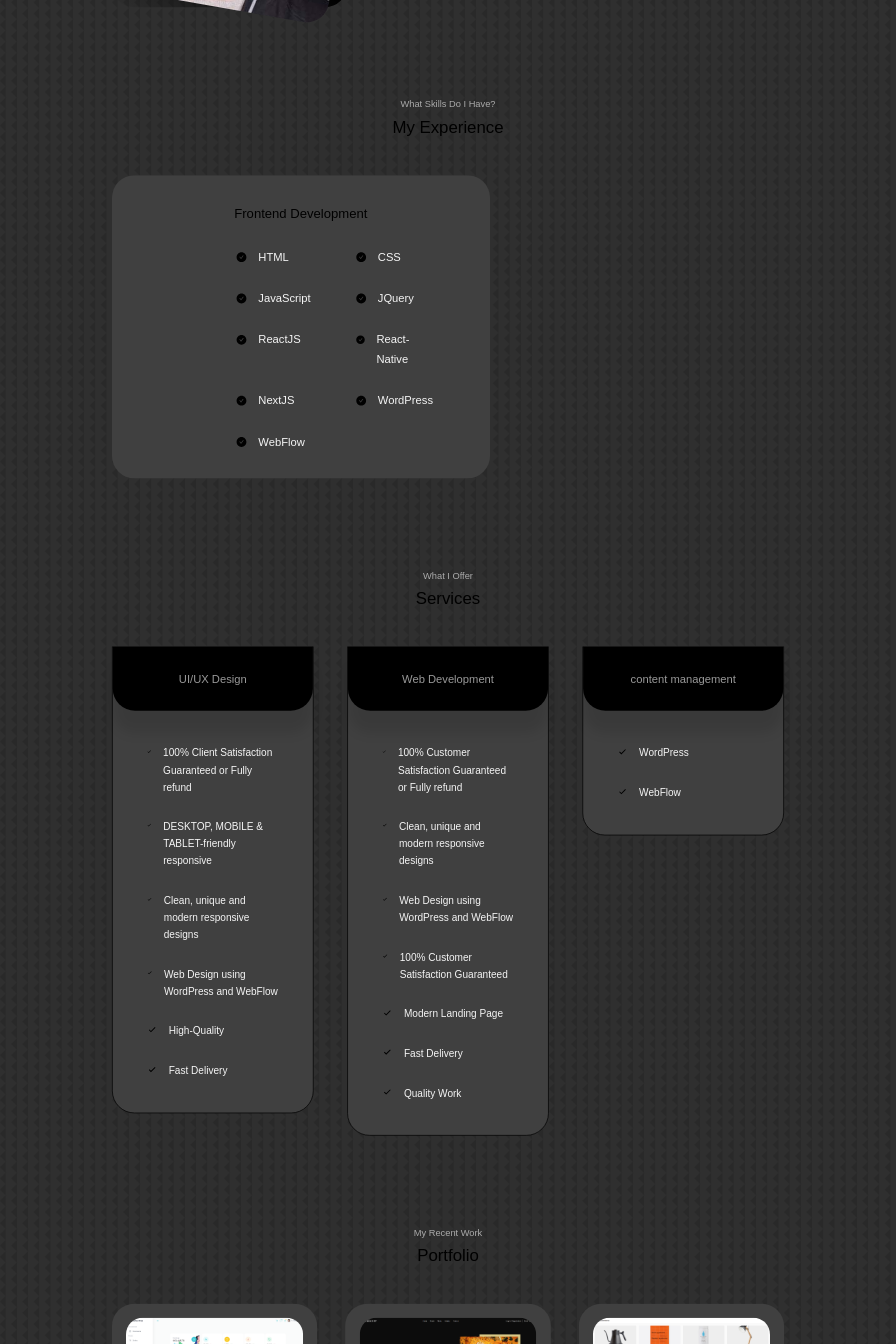
Repository: Z-Bahaa/project_joker_react_portfolio
Page: /
These files come from the project's save history. The page is drawn as it stood at one moment and after the next save; the edit follows.
The browser window is 1280 px wide. The pictures show the part of the page from y = 1429 to 3349 px (the page is 5277 px tall before and 5217 px after), at 70% of full size.
Some web fonts or font styles are not loaded; a fallback is used. The project was rebuilt for these pictures with package versions that can differ from the ones it lists, and the page was loaded fresh each time. Imported but missing from the stored project, and not drawn on this page: src/assets/resume.pdf.

Above is the page before, as saved 2023-08-20 23:12:17.

### public/index.html
<!DOCTYPE html>
<html lang="en">

<head>
  <meta charset="UTF-8">
  <meta name="viewport" content="width=device-width, initial-scale=1.0">
  <title>Zeyad Bahaa</title>
  <link rel="shortcut icon" href="/Logo.png" />
</head>

<body>
  <div id="root"></div>
</body>

</html>

### src/App.jsx
import Header from './components/header/Header'
import Nav from './components/nav/Nav'
import About from './components/about/About'
import Experience from './components/experience/Experience'
import Services from './components/services/Services'
import Portfolio from './components/portfolio/Portfolio'
// import Testimonials from './components/testimonials/Testimonials'
import Contact from './components/contact/Contact'
import Footer from './components/footer/Footer'


const App = () => {
  return (
    <>
      <Header />
      <Nav />
      <About />
      <Experience />
      <Services />
      <Portfolio />
{/*       <Testimonials /> */}
      <Contact />
      <Footer />

    </>
  )
}

export default App

### src/components/header/Header.jsx
import './header.css';
import CTA from './CTA'
import ME from '../../assets/me-3.png'
import HeaderSocials from './HeaderSocials'

const Header = () => {
  return (
    <div className='header container' id='home'>
      <div className='header__container'>
        <h5>Hello, I'm</h5>
        <h1>Zeyad Bahaa</h1>
        <h5 className="text-light">Software & web development Enthusiast</h5>
        <CTA />
        <HeaderSocials />

        <div className="me">
          <img src={ME} alt="" />
        </div>

        <a href='#contact' className="scroll__down">Scroll Down</a>
      </div>
    </div>
  )
}

export default Header

### src/components/nav/Nav.jsx
import './nav.css'
import { AiOutlineHome, AiOutlineUser, AiOutlineMessage } from 'react-icons/ai'
import { BiBookAlt } from 'react-icons/bi'
import { BsBagDash } from 'react-icons/bs'
import { useState} from 'react'

const Nav = () => {
  const [activeNav, setActiveNAv] = useState('#')
  return (
    <div className="nav">
      <a href="#home" className={activeNav === '#' ? 'active' : ''} onClick={() => setActiveNAv('#')}><AiOutlineHome /></a>
      <a href="#about" className={activeNav === '#about' ? 'active' : ''} onClick={() => setActiveNAv('#about')}><AiOutlineUser /></a>
      <a href="#experience" className={activeNav === '#experience' ? 'active' : ''} onClick={() => setActiveNAv('#experience')}><BiBookAlt /></a>
      <a href="#services" className={activeNav === '#services' ? 'active' : ''} onClick={() => setActiveNAv('#services')}><BsBagDash /></a>
      <a href="#contact" className={activeNav === '#contact' ? 'active' : ''} onClick={() => setActiveNAv('#contact')}><AiOutlineMessage /></a>
    </div>
  )
}

export default Nav

### src/components/about/About.jsx
import './about.css'
import ME from '../../assets/me-3.png'
/* import { FiAward, FiUsers } from 'react-icons/fi'
import { AiFillFolderOpen } from 'react-icons/ai' */
const About = () => {
  return (
    <div className="section" id="about">
      <h5>Get To Know</h5>
      <h2>About Me</h2>

      <div className="container about__container">
        <div className="about__me">
          <div className="about__me-image">
            <img src={ME} alt="About" />
          </div>
        </div>

        <div className="about__content">
          {/* <div className="about__cards">

            <div className="about__card">
              <FiAward className="about__icon" />
              <h5>Experience</h5>
              <small>3+ Years Working</small>
            </div>

            <div className="about__card">
              <FiUsers className="about__icon" />
              <h5>Clients</h5>
              <small>200+ Worldwide</small>
            </div>

            <div className="about__card">
              <AiFillFolderOpen className="about__icon" />
              <h5>Projects</h5>
              <small>80+ Completed Projects</small>
            </div>

          </div> */}

          <p>
          Confident young professional with a passion for learning and development. eager to leverage education and training in the software development space to support the growth and success of a High performing organization. Strong track record of settling effective goals and leading teams to achieve those goals. committed to continuous improvement and driving team success.
          </p>

          <a href="#contact" className="btn btn-primary">Let's Talk</a>
        </div>
      </div>
    </div>
  )
}

export default About

### src/components/experience/Experience.jsx
import './experience.css'
import { backendExperiences, frontendExperiences } from '../../data/experiences'
import { AiFillCheckCircle } from 'react-icons/ai'

const Experience = () => {
  return (
    <div className="section" id="experience">
      <h5>What Skills Do I Have?</h5>
      <h2>My Experience</h2>
      <div className="container experience__container">
        <div className="experience__frontend">
        <h3>Frontend Development</h3>
          <div className="experience__content">
            {
              frontendExperiences.map(({name, experience}) => (
                <div className="experience__details">

                <AiFillCheckCircle className="experience__details-icon"/>
                <div>
                  <h4>{name}</h4>
                  <small>{experience}</small>
                </div>
            </div>
              ))
            }
          </div>
        </div>

      </div>
    </div>
  )
}

export default Experience

### src/components/services/Services.jsx
import './services.css'
import { BiCheck } from 'react-icons/bi'
import services from '../../data/services'

const Services = () => {
  return (
    <div className="section" id="services">
      <h5>What I Offer</h5>
      <h2>Services</h2>

      <div className="container services__container">
      {
        services.map(({name, subheadings}) => (
          <div className="service">
            <div className="service__head">
              <h3>{name}</h3>
            </div>
            <ul className="service__list">
              {subheadings.map((sub) => (
                <li>
                  <BiCheck className="service__icon" />
                  <p>{sub}</p>
                </li>
              ))}

            </ul>
      </div>
      ))
      }


      </div>
    </div>
  )
}

export default Services

### src/components/portfolio/Portfolio.jsx
import './portfolio.css'
import projects from '../../data/projects'



const Portfolio = () => {
  return (
    <div className="section">
      <h5>My Recent Work</h5>
      <h2>Portfolio</h2>

      <div className="container portfolio__container">
        {
          projects.map(item => (
            <div  key={item.id} className="portfolio__item">
              <img src={item.img} className="portfolio__item-image" alt=""/>
              <h3>{item.title || 'This is a portfolio item title'}</h3>
              <div className="portfolio__item-cta">
                <a className="btn" href={item.github} target='_blank' rel="noreferrer">Github</a>
                <a className="btn btn-primary" href={item.demo} target='_blank' rel="noreferrer">Live Demo</a>
              </div>
            </div>
          ))
        }
      </div>
    </div>
  )
}

export default Portfolio

### src/components/contact/Contact.jsx
import './contact.css'
import { AiOutlineMail, AiOutlineWhatsApp } from 'react-icons/ai'
import { RiMessengerLine } from 'react-icons/ri'


const Contact = () => {

  return (
    <div className="section" id="contact">
      <h5>Get In Touch</h5>
      <h2>Contact Me</h2>

      <div className="container contact__container">
        <div className="contact__options">

          <div className="contact__option">
            <AiOutlineMail className='contact__option-icon'/>
            <h4>Email</h4>
            <h5>zizobahaapersonal@gmail.com</h5>
            <a href="mailto:zizobahaapersonal@gmail.com">Send a message</a>
          </div>

          <div className="contact__option">
            <RiMessengerLine className='contact__option-icon'/>
            <h4>Messenger</h4>
            <h5>Zizo Bahaa</h5>
            <a href="https://m.me/100071918118359">Send a message</a>
          </div>
          <div className="contact__option">
            <AiOutlineWhatsApp className='contact__option-icon' />
            <h4>WhatsApp</h4>
            <h5>+201020730202</h5>
            <a href="https://api.whatsapp.com/send?phone=201020730202" >Send a message</a>
          </div>

        </div>

{        <form
          // ref={form}
          // onSubmit={sendEmail}
          >
          <input type="text" name="name" placeholder="Your Full Name" required/>
          <input type="email" name="email" placeholder="Your Email" required/>
          <textarea name="message" placeholder="Your Message" rows="7" required/>
          <button type="submit" className="btn btn-primary">send Message</button>
        </form>}
      </div>
    </div>
  )
}

export default Contact

### src/components/header/header.css
.header {
  height: 120vh;
  padding-top: 7rem;
  /* overflow: hidden; */
}

.header__container {
  text-align: center;
  height: 100%;
  position: relative;
}

.cta {
  margin-top: 2.5rem;
  display: flex;
  gap: 1.2rem;
  justify-content: center;
}

.header__socials {
  display: flex;
  flex-direction: column;
  position: absolute;
  left: 0;
  bottom: 2rem;
  gap: 1rem;
}

.header__socials::after {
  content: "";
  width: 1px;
  height: 2rem;
  background: var(--color-primary);
  align-self: center;
}

.me {
  background: linear-gradient(var(--color-primary), transparent);
  width: 22rem;
  max-height: 30rem;
  position: absolute;
  left: calc(50% - 11rem);
  margin-top: 4rem;
  border-radius: 12rem 12rem 0 0;
  -webkit-border-radius: 12rem 12rem 0 0;
  -moz-border-radius: 12rem 12rem 0 0;
  -ms-border-radius: 12rem 12rem 0 0;
  -o-border-radius: 12rem 12rem 0 0;
  overflow: hidden;
  /* padding: 5rem 1.5rem 1.5rem 1.5rem; */
}
/* .me img {
  min-height: 40rem;
} */

.scroll__down {
  position: absolute;
  right: 0rem;
  bottom: 5rem;
  transform: rotate(90deg);
  -webkit-transform: rotate(90deg);
  -moz-transform: rotate(90deg);
  -ms-transform: rotate(90deg);
  -o-transform: rotate(90deg);
  font-weight: 300;
  font-size: 0.9rem
}

@media screen and (max-width: 1024px) {
  .header {
    height: 70vh;
  }
}

@media screen and (max-width: 600px) {
  .header {
    height: 100vh;
  }


}

### src/components/header/CTA.jsx
import CV from '../../assets/resume.pdf'

import React from 'react'

const CTA = () => {
  return (
    <div className="cta">
      <a href={CV} className='btn'>Download CV</a>
      <a href="#contact" className="btn btn-primary">Let's Talk</a>
    </div>
  )
}

export default CTA

### src/components/header/HeaderSocials.jsx
import { AiOutlineLinkedin, AiOutlineFacebook,} from 'react-icons/ai'
import {FiGithub} from 'react-icons/fi'



const HeaderSocials = () => {
  return (
    <div className="header__socials">
      <a href='https://www.linkedin.com/in/zizo-bahaa' target='_blank'  rel="noreferrer"><AiOutlineLinkedin /></a>
      <a href='https://github.com/Z-Bahaa' target='_blank'  rel="noreferrer"><FiGithub /></a>
      <a href='https://www.facebook.com/profile.php?id=100071918118359' target='_blank'  rel="noreferrer"><AiOutlineFacebook /></a>
    </div>
  )
}

export default HeaderSocials

### src/components/nav/nav.css
.nav {
  background: rgba(0, 0, 0, 0.3);
  width: max-content;
  display: block;
  padding: 0.7em 1.7em;
  z-index: 2;
  position: fixed;
  left: 50%;
  transform: translateX(-50%);
  -webkit-transform: translateX(-50%);
  -moz-transform: translateX(-50%);
  -ms-transform: translateX(-50%);
  -o-transform: translateX(-50%);
  bottom: 2rem;
  display: flex;
  gap: 0.8rem;
  border-radius: 3rem;
  -webkit-border-radius: 3rem;
  -moz-border-radius: 3rem;
  -ms-border-radius: 3rem;
  -o-border-radius: 3rem;
  backdrop-filter: blur(15px);
}

.nav a {
  background: transparent;
  padding: 0.8rem;
  border-radius: 50%;
  -webkit-border-radius: 50%;
  -moz-border-radius: 50%;
  -ms-border-radius: 50%;
  -o-border-radius: 50%;
  display: flex;
  color: var(--color-light);
  font-size: 1.1rem;
}

.nav a:hover {
  background: rgba(0, 0, 0, 0.3);
}

.nav a.active {
  background: var(--color-primary);
  color: var(--color-bg)
}

### src/components/experience/experience.css
.experience__container {
  display: grid;
  grid-template-columns: 1fr 1fr;
  gap: 2rem;
}

.experience__container > div {
  background: var(--color-bg-variant);
  padding: 2.4rem 5rem;
  border-radius: 2rem;
  -webkit-border-radius: 2rem;
  -moz-border-radius: 2rem;
  -ms-border-radius: 2rem;
  -o-border-radius: 2rem;
  border: 1px solid transparent;
  transition: var(--transition);
  -webkit-transition: var(--transition);
  -moz-transition: var(--transition);
  -ms-transition: var(--transition);
  -o-transition: var(--transition);
}

.experience__container > div:hover {
  background: transparent;
  border-color: var(--color-primary-variant);
  cursor: default;
}

.experience__container > div h3 {
  text-align: center;
  margin-bottom: 2rem;
  color: var(--color-primary);
}

.experience__content{
  display: grid;
  padding-left: 6rem;
  grid-template-columns: 1fr 1fr;
  gap: 4rem;
  row-gap: 2rem;
}

.experience__details {
  display: flex;
  gap: 1rem;
}

.experience__details-icon {
  margin-top: 6px;
  color: var(--color-primary);
}
/* .experience__frontend, .experience__backend {
  display: flex;
  justify-content: center;
} */

@media screen and (max-width: 1024px) {
  .experience__container {
    grid-template-columns: 1fr;
    gap: 2rem;
  }

  .experience__container > div {
    width: 80%;
    padding: 2rem;
    margin: 0 auto;
  }

  .experience__content{
    padding: 1rem;
  }
}

@media screen and (max-width: 600px) {
  .experience__container {
    gap: 1rem;
  }

  .experience__container > div {
    width: 100%;
    padding: 2rem 1rem;
    margin: 0 auto;
  }
}

### src/data/experiences.js
 const experiences = [
  {
    title: 'UI/UX Design & content management',
    list: [
      {
        name: 'Figma',
        experience: '2 years',
        level: 'intermediate',
      },
      {
        name: 'Figma AI Blugins',
        experience: '1 years',
        level: 'intermediate',
      },
      {
        name: 'Bubble.io',
        experience: '1 years',
        level: 'beginner',
      },
      {
        name: 'WordPress',
        experience: '1 years',
        level: 'beginner',
      },
      {
        name: 'WebFlow',
        experience: '1 years',
        level: 'beginner',
      },
    ],
  },
  {
    title: 'Frontend Development',
    list: [
     {
       name: '',
       experience: '',
       level: '',
     }
    ],
  },
  {
    title: '',
    list: [
     {
       name: '',
       experience: '',
       level: '',
     }
    ],
  }
 ];

 const backendExperiences = [
   {
     "name": "NodeJS",
     "experience": "",
     "level": ""
   },
   {
     "name": "ExpressJS",
     "experience": "",
     "level": ""
   },
   {
     "name": "AJAX",
     "experience": "",
     "level": ""
   },
   {
     "name": "MorganJS",
     "experience": "",
     "level": ""
   },
   {
     "name": "Python",
     "experience": "",
     "level": ""
   },
   {
     "name": "MongoDB",
     "experience": "",
     "level": ""
   },
   {
     "name": "JWT Auth",
     "experience": "",
     "level": ""
   },
 ];
 const frontendExperiences = [
  {
    "name": "HTML",
    "experience": "",
    "level": ""
  },
  {
    "name": "CSS",
    "experience": "",
    "level": ""
  },
  {
    "name": "JavaScript",
    "experience": "",
    "level": ""
  },
  {
    "name": "JQuery",
    "experience": "",
    "level": ""
  },
  {
    "name": "ReactJS",
    "experience": "",
    "level": ""
  },
  {
    "name": "React-Native",
    "experience": "",
    "level": ""
  },
  {
    "name": "NextJS",
    "experience": "",
    "level": ""
  },
  {
    "name": "WordPress",
    "experience": "",
    "level": ""
  },
  {
    "name": "WebFlow",
    "experience": "",
    "level": ""
  },
];

export { backendExperiences, frontendExperiences }

### src/components/services/services.css
.services__container {
  display: grid;
  grid-template-columns: repeat(3, 1fr);
  gap: 3rem;
}

.service {
  background: var(--color-bg-variant);
  border-radius: 0 0 2rem 2rem;
  -webkit-border-radius: 0 0 2rem 2rem;
  -moz-border-radius: 0 0 2rem 2rem;
  -ms-border-radius: 0 0 2rem 2rem;
  -o-border-radius: 0 0 2rem 2rem;
  border: 1px solid var(--color-primary);
  height: fit-content;
  transition: var(--transition);
}

.service:hover {
  background: transparent;
  border-color: var(--color-primary-variant);
  cursor: default;
}

.service__head {
  background: var(--color-primary);
  padding: 2rem;
  border-radius: 0 0 2rem 2rem;
  -webkit-border-radius: 0 0 2rem 2rem;
  -moz-border-radius: 0 0 2rem 2rem;
  -ms-border-radius: 0 0 2rem 2rem;
  -o-border-radius: 0 0 2rem 2rem;
  box-shadow: 0 2rem 1rem rgba(0, 0, 0, 0.1);
}

.service__head h3 {
  color: var(--color-light);
  font-size: 1rem;
  text-align: center;
}

.service__list {
  padding: 2rem;

}

.service__list li {
  display: flex;
  gap: 1rem;
  padding: 1rem;
}

.service__icon {
  color: var(--color-primary);
  margin-top: 2px;
}

.service__list li p {
 font-size: 0.9rem;
}

@media screen and (max-width: 1024px) {
  .services__container {
    grid-template-columns: 1fr 1fr;
    gap: 2rem;
  }

  .service {
    height: auto;
  }
}

@media screen and (max-width: 600px) {
  .services__container {
    grid-template-columns: 1fr ;
    gap: 1.5rem;
  }
}

### src/components/portfolio/portfolio.css
.portfolio__container {
  display: grid;
  grid-template-columns: repeat(3, 1fr);
  gap: 2.5rem;
}

.portfolio__item {
  background: var(--color-bg-variant);
  padding: 1.2rem;
  border-radius: 2rem;
  -webkit-border-radius: 2rem;
  -moz-border-radius: 2rem;
  -ms-border-radius: 2rem;
  -o-border-radius: 2rem;
  border: 1px solid transparent;
  transition: var(--transition);
  -webkit-transition: var(--transition);
  -moz-transition: var(--transition);
  -ms-transition: var(--transition);
  -o-transition: var(--transition);
}

.portfolio__item:hover {
  border-color: var(--color-primary-variant);
  background: transparent;
}

.portfolio__item-image {
  border-radius: 1.5rem;
  -webkit-border-radius: 1.5rem;
  -moz-border-radius: 1.5rem;
  -ms-border-radius: 1.5rem;
  -o-border-radius: 1.5rem;
  overflow: hidden;
}

.portfolio__item h3 {
  margin: 1.2rem 0.2rem;
}

.portfolio__item-cta {
  display: flex;
  gap: 1rem;
  margin-bottom: 1rem;
}

@media screen and (max-width: 1024px) {
  .portfolio__container {
    grid-template-columns: 1fr 1fr;
    gap: 1.2rem;
  }
}

@media screen and (max-width: 600px) {
  .portfolio__container {
    grid-template-columns: 1fr;
    gap: 1rem;
  }
}

### src/components/contact/contact.css
.container.contact__container {
  width: 58%;
  display: grid;
  grid-template-columns: 30% 58%;
  gap: 12%;
}

.contact__options {
  display: flex;
  flex-direction: column;
  gap: 1.2rem;
}

.contact__option {
  background: var(--color-bg-variant);
  padding: 1.2rem;
  border-radius: 1.2rem;
  -webkit-border-radius: 1.2rem;
  -moz-border-radius: 1.2rem;
  -ms-border-radius: 1.2rem;
  -o-border-radius: 1.2rem;
  text-align: center;
  border: 1px solid transparent;
  transition: var(--transition);
  overflow: hidden;
}

.contact__option:hover {
  background: transparent;
  border-color: var(--color-primary-variant);
}

.contact__option-icon {
  font-size: 1.5rem;
  margin-bottom: 0.5rem;

}

.contact__option a {
  margin-top: 0.7rem;
  display: inline-block;
  font-size: .8rem;
}

form {
  display: flex;
  flex-direction: column;
  gap: 1.2rem;
}

input, textarea {
  width: 100%;
  padding: 1.5rem;
  border-radius: 0.5rem;
  -webkit-border-radius: 0.5rem;
  -moz-border-radius: 0.5rem;
  -ms-border-radius: 0.5rem;
  -o-border-radius: 0.5rem;
  background: transparent;
  border: 1px solid var(--color-primary-variant);
  resize: none;
  color: var(--color-white);
}

@media screen and (max-width: 1024px) {
  .container.contact__container {
    grid-template-columns: 1fr;
    gap: 2rem;
  }
}

@media screen and (max-width: 600px) {
  .container.contact__container {
    width: var(--container-width-sm);
  }
}

### src/components/footer/footer.css
.footer {
  background: var(--color-primary);
  padding: 3rem 0;
  padding-bottom: 0;
  text-align: center;
  font-size:0.9rem;
  margin-top: 7rem;
}

.footer a {
  color: var(--color-bg);
}

.footer__icon {
  font-size:2rem;
  font-weight: 500;
  margin-bottom: 2rem;
  display: inline-block;
}

.permalinks {
  display: flex;
  flex-wrap: wrap;
  justify-content: center;
  gap: 2rem;
  margin: 0 auto 3rem;
}

.footer__socials {
  display: flex;
  justify-content: center;
  gap: 1rem;
  margin-bottom: 4rem;
}

.footer__socials a {
  background: var(--color-bg);
  color: var(--color-white);
  padding: 0.8rem;
  border-radius: 0.7rem;
  -webkit-border-radius: 0.7rem;
  -moz-border-radius: 0.7rem;
  -ms-border-radius: 0.7rem;
  -o-border-radius: 0.7rem;
  display: flex;
  border: 1px solid transparent;
  margin-bottom: 5rem;
}

.footer__socials a:hover {
  background: transparent;
  color: var(--color-bg);
  border-color: var(--color-bg);

}

.footer__copyright {
  margin-bottom: 4rem;
  color: var(--color-bg);
}

@media screen and (max-width: 600px) {
  .permalinks {
    flex-direction: column;
    gap: 1.5rem;
  }
}

Loaded but not shown: src/data/projects.js (59 lines, source omitted); src/data/services.js (33 lines, source omitted); src/index.js (5 lines, source omitted); src/index.css (151 lines, source omitted); src/components/about/about.css (141 lines, source omitted); src/components/footer/Footer.jsx (39 lines, source omitted)

After the next save:
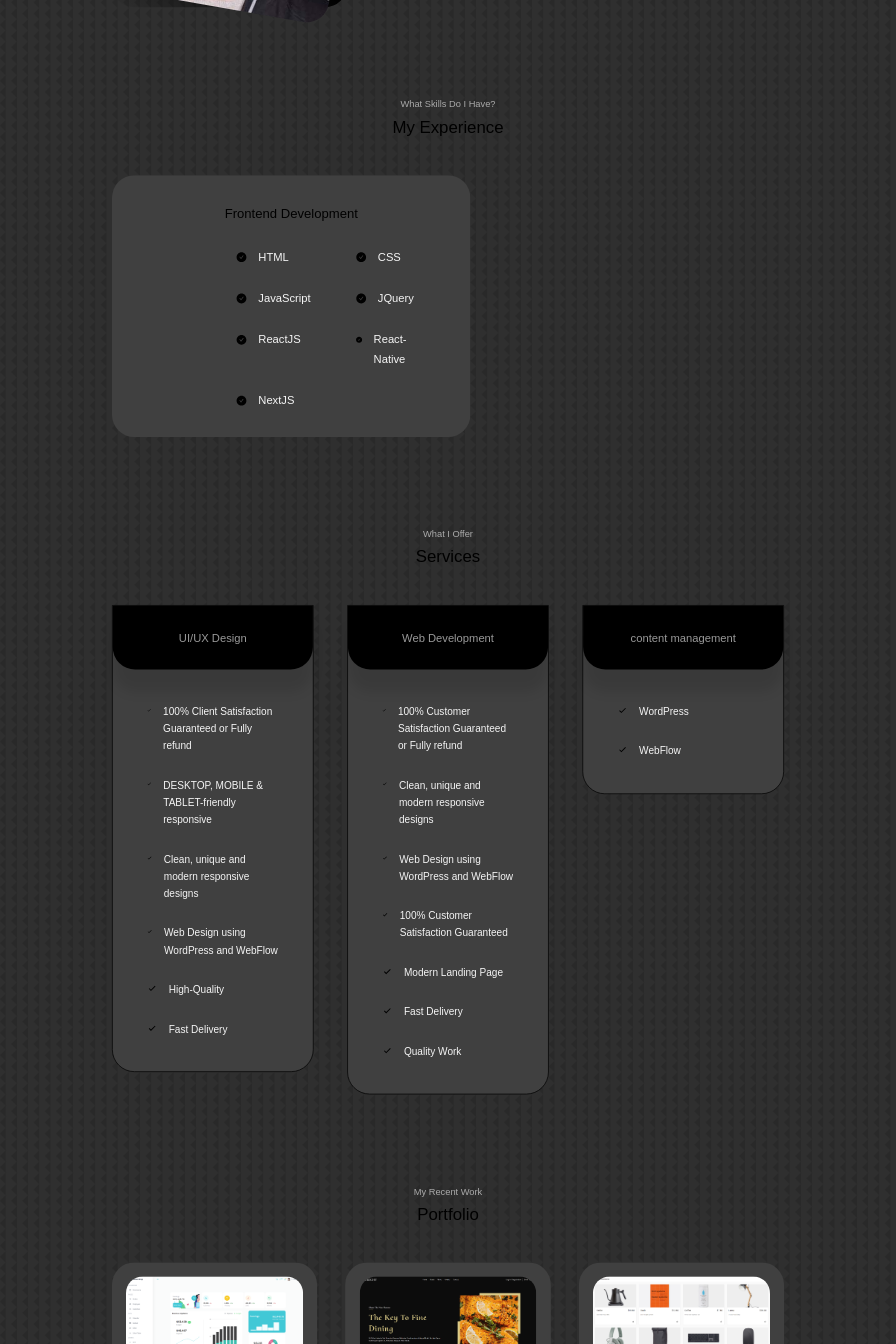
Saved 20 s later.
--- a/src/data/experiences.js
+++ b/src/data/experiences.js
@@ -124,16 +124,6 @@
     "experience": "",
     "level": ""
   },
-  {
-    "name": "WordPress",
-    "experience": "",
-    "level": ""
-  },
-  {
-    "name": "WebFlow",
-    "experience": "",
-    "level": ""
-  },
 ];
 
 export { backendExperiences, frontendExperiences }
